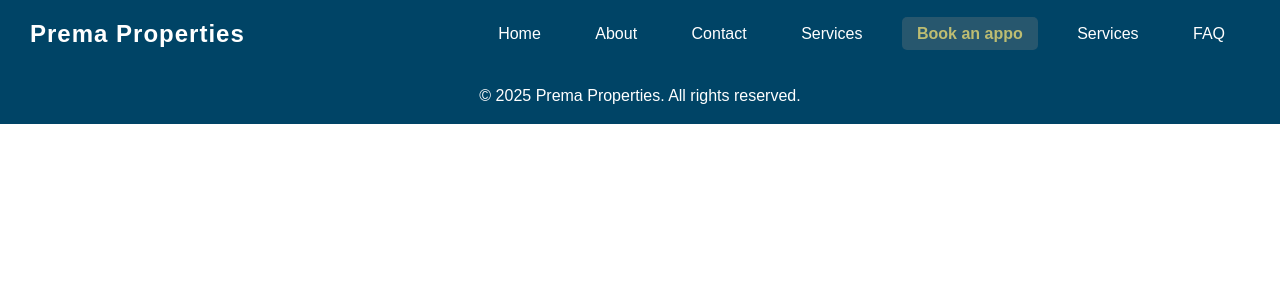
Repository: mnqobiMenzi/Prema-Properties
Page: appointment.html
An editor plug-in stored every save of this project. The page is shown before and after the next save, followed by the edit.
The browser window is 1280 px wide. The pictures show the whole page.

Above is the page before, as saved 2025-10-04 09:07:04.

### appointment.html
<!DOCTYPE html>
<html lang="en">
<head>
  <meta charset="UTF-8">
  <meta name="viewport" content="width=device-width, initial-scale=1.0">
  <title>Prema Properties</title>
  <link rel="stylesheet" href="CSS/style.css">
</head>
<body>

  <!-- Header / Navigation -->
  <header>
    <div class="logo">Prema Properties</div>
    <nav>
      <a href="index.html">Home</a>
      <a href="about-us.html">About</a>
      <a href="contact-us.html">Contact</a>
      <a href="services.html">Services</a>
      <a href="#appointment" class="active">Book an appo</a>
      <a href="quote.html">Services</a>
      <a href="FAQ.html">FAQ</a>
    </nav>
  </header>


  <!-- Footer -->
  <footer>
    <p>© 2025 Prema Properties. All rights reserved.</p>
  </footer>

</body>
</html>

### CSS/style.css
* {
  margin: 0;
  padding: 0;
  box-sizing: border-box;
  font-family: Arial, sans-serif;
}

body {
  line-height: 1.6;
  color: #333;
}

/* Header */
header {
  position: sticky;
  top: 0;
  display: flex;
  justify-content: space-between;
  align-items: center;
  padding: 15px 30px;
  background: #004466;
  color: #fff;
  z-index: 1000;
}
header .logo {
  font-size: 1.5em;
  font-weight: 700;
  font-family: 'Poppins', sans-serif;
  color: #fff;
  letter-spacing: 1px;
  display: flex;
  align-items: center;
}
header nav a {
  margin: 0 10px;
  color: #fff;
  padding: 8px 15px;
  border-radius: 5px;
  text-decoration: none;
  font-weight: 500;
  font-family: 'Poppins', sans-serif;
  transition: color 0.3s ease, border-bottom 0.3s ease;
}

header nav a:hover {
  color: #fff;
  background: rgba(128, 128, 128, 0.3);
  padding-bottom: 3px;
  border: 3px solid #004466;
}
/* Active link */
header nav a.active {
  background: rgba(128, 128, 128, 0.3);
  font-weight: bold;
  color: rgb(189, 189, 114);
}
/* Hero */
.hero {
  background: url('https://source.unsplash.com/1600x600/?house,property') no-repeat center center/cover;
  color: white;
  text-align: center;
  padding: 100px 20px;
}
.hero h1 {
  font-size: 2.5em;
}
.hero .btn {
  display: inline-block;
  margin-top: 20px;
  padding: 10px 20px;
  background: #ff6600;
  color: white;
  border-radius: 5px;
  text-decoration: none;
}
.hero .btn:hover {
  background: #cc5200;
}

/* Sections */
section {
  padding: 50px 20px;
  text-align: center;
}
.services .service-list {
  display: grid;
  grid-template-columns: repeat(auto-fit, minmax(200px, 1fr));
  gap: 20px;
  margin-top: 20px;
}
.service {
  background: #f4f4f4;
  padding: 20px;
  border-radius: 10px;
}

/* Contact */
.contact form {
  display: flex;
  flex-direction: column;
  max-width: 400px;
  margin: auto;
}
.contact input, .contact textarea {
  margin-bottom: 15px;
  padding: 10px;
  border: 1px solid #ddd;
  border-radius: 5px;
}
.contact button {
  padding: 10px;
  border: none;
  background: #004466;
  color: white;
  cursor: pointer;
  border-radius: 5px;
}
.contact button:hover {
  background: #00334d;
}

/* Footer */
footer {
  background: #004466;
  color: #fff;
  text-align: center;
  padding: 15px;
}

After the next save:
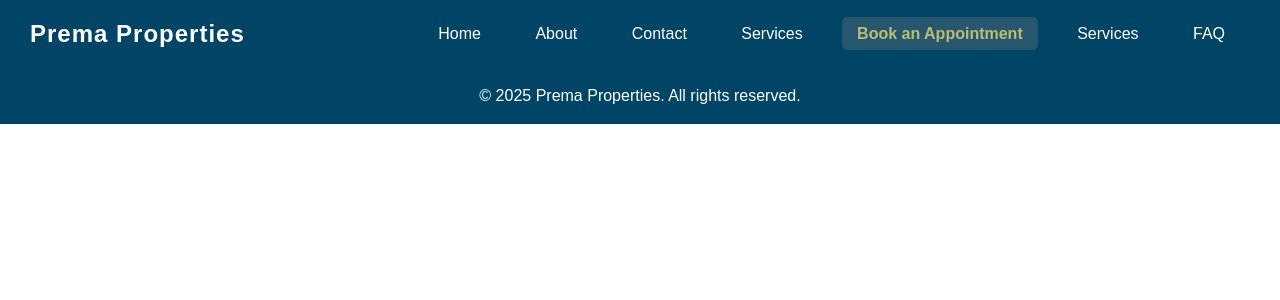
Saved 10 s later.
--- a/appointment.html
+++ b/appointment.html
@@ -16,7 +16,7 @@
       <a href="about-us.html">About</a>
       <a href="contact-us.html">Contact</a>
       <a href="services.html">Services</a>
-      <a href="#appointment" class="active">Book an appo</a>
+      <a href="#appointment" class="active">Book an Appointment</a>
       <a href="quote.html">Services</a>
       <a href="FAQ.html">FAQ</a>
     </nav>
